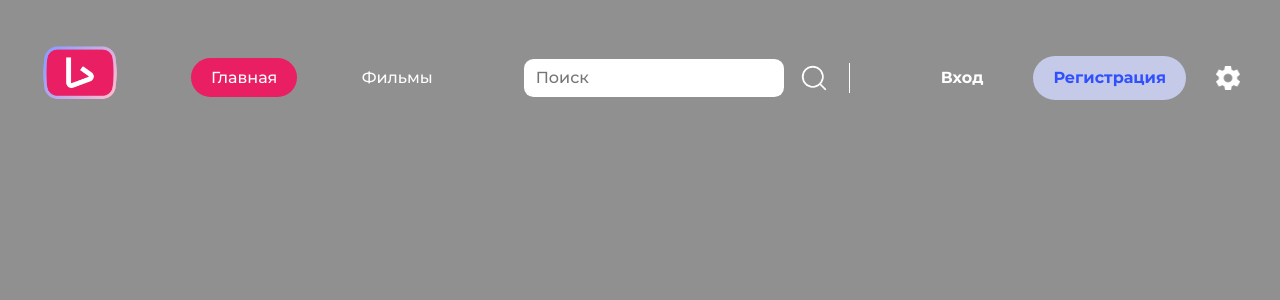
Repository: shilovnikita777/Web1Lab
Page: index.html
An editor plug-in stored every save of this project. The page is shown before and after the next save, followed by the edit.
The browser window is 1280 px wide. The pictures show the whole page.

Above is the page before, as saved 2022-10-08 11:36:15.

### index.html
<!DOCTYPE html>
<html lang="en">
<head>
    <meta charset="UTF-8">
    <title>TVideo</title>
    <link rel="stylesheet" href="css/reset.css">
    <link rel="stylesheet" href="css/header.css">
    <link rel="stylesheet" href="css/fonts.css">
</head>
<body>
    <header>
            <div class="header-logo">
                <img src="img/logotype.png" alt="TVideo" width="80">
            </div>
            <ul class="main-nav">
                <li><a href="#" class="current-menu-item">Главная</a></li>
                <li><a href="#">Фильмы</a></li>
            </ul>
            <div class="search-block">
                <form action="" method="get">
                    <input name="s" placeholder="Поиск" type="search" class="search-field">
                </form>
                <img class="img-search" src="img/search.png" alt="Go" width="30">
            </div>
            <div class="login-block">
                <a href="#">Вход</a>
                <a href="#" class="register-button">Регистрация</a>
                <img src="img/settings.png" alt="settings" height="24">
            </div>
    </header>
    <main>

    </main>

</body>
</html>

### css/header.css
body {
    margin: 0;
    padding: 0;
    font-size: 16px;
    line-height: 24px;
    font-family: "Montserrat-Medium", Arial, sans-serif;
    color: white;
    background-color: #909090;
}

header {
    padding-top:35px;
    display: flex;
    justify-content: space-between;
    width: 1200px;
    margin: 0 auto;
    align-items: center;
}

header img {
    display: inline;
}

header form {
    display: inline-block;
}

.main-nav {
    list-style: none;
    padding-left: 0;
    margin: auto 0;
}

.main-nav li {
    display: inline;
    padding-right: 40px;
}

.main-nav li:last-child {
    padding-right: 0;
}

.main-nav a{
    text-decoration: none;
    color: white;
    padding: 10px 20px;
}

.search-block {
    display: flex;
    margin: auto 0;
    align-items: center;
}

.login-block {
    display: flex;
    align-items: center;
    margin: auto 0;
}

.login-block a{
    text-decoration: none;
    font-family: "Montserrat-Bold", Arial, sans-serif;
    color: white;
    margin-right: 30px;
    padding: 10px 20px;
}

.current-menu-item {
    background-color: #E91E63;
    border-radius: 40px;
}

div .register-button {
    background-color: #C5CAE9;
    border-radius: 40px;
    color: #304FFE;
}

.search-block form {
    margin-right: 15px;
}

.img-search {
    padding-right: 20px;
    border-right: 1px solid white;
}

.search-field {
    width: 100%;
    height: calc(2.25rem + 2px);
    padding: 0.375rem 0.75rem;
    font-family: inherit;
    font-size: 1rem;
    color: #303030;
    border: none;
    border-radius: 0.6rem;
}

.search-field:focus {
    outline:0;
}

### css/fonts.css
@font-face {
    font-family: "Montserrat-Medium";
    src: url("/fonts/Montserrat-Medium.ttf");
    font-style: normal;
    font-weight: normal;
}

@font-face {
    font-family: "Montserrat-Bold";
    src: url("/fonts/Montserrat-Bold.ttf");
    font-style: normal;
    font-weight: normal;
}

@font-face {
    font-family: "Montserrat-Regular";
    src: url("/fonts/Montserrat-Regular.ttf");
    font-style: normal;
    font-weight: normal;
}

Loaded but not shown: css/reset.css (common file)

After the next save:
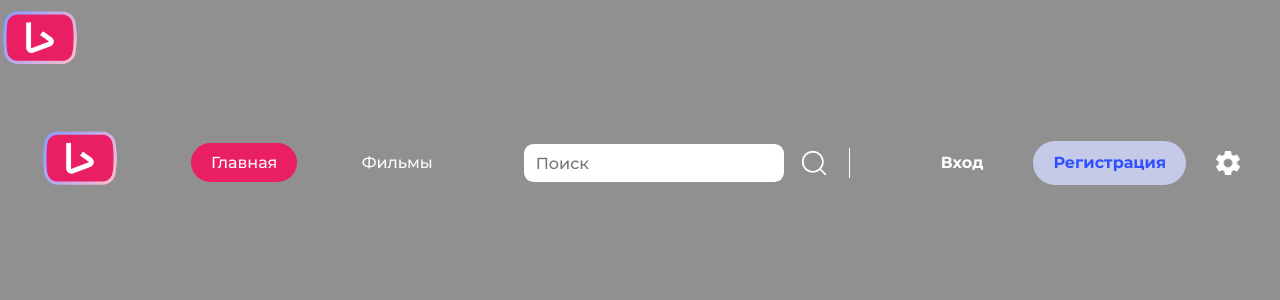
Saved 2 min 14 s later.
--- a/index.html
+++ b/index.html
@@ -8,6 +8,7 @@
     <link rel="stylesheet" href="css/fonts.css">
 </head>
 <body>
+    <img src="img/logotype.png" alt="TVideo" width="80">
     <header>
             <div class="header-logo">
                 <img src="img/logotype.png" alt="TVideo" width="80">
